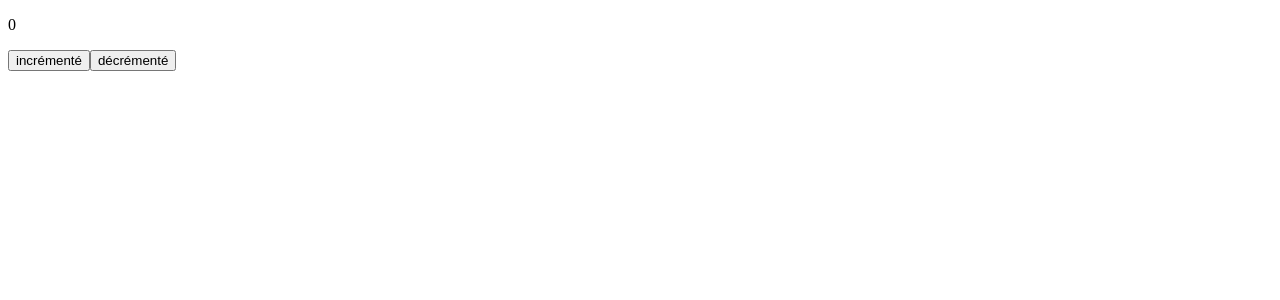
Repository: Aqui05/todo-vue
Page: /
An editor plug-in stored every save of this project. The page is shown before and after the next save, followed by the edit.
The browser window is 1280 px wide. The pictures show the whole page.
The project was rebuilt for these pictures with package versions that can differ from the ones it lists, and the page was loaded fresh each time. Also part of the build but not shown: vue.config.js.

Above is the page before, as saved 2024-10-31 16:28:27.

### src/App.vue
<template>
  <p>{{ count }}</p>
  <button @click="increment">incrémenté</button>
  <button @click="decrement">décrémenté</button>
</template>

<script setup>
import { ref } from "vue";

const count = ref(0);

function increment() {
  count.value++;
}

function decrement() {
  count.value--;
}
</script>

Loaded but not shown: public/index.html (common file); src/main.js (common file)

After the next save:
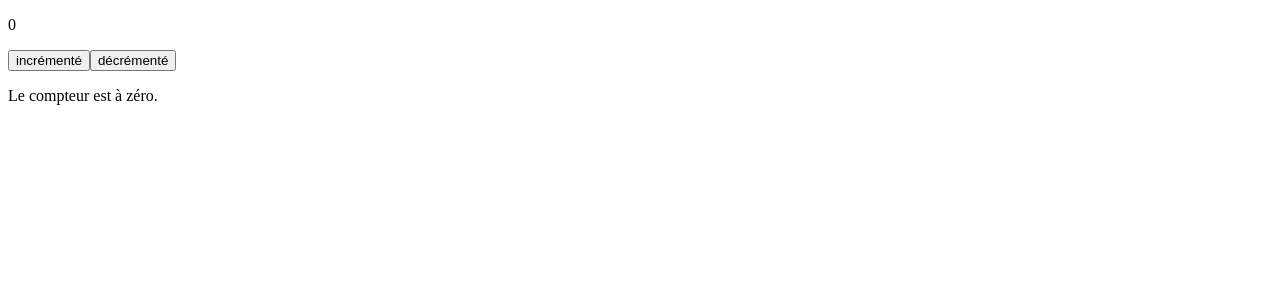
Saved 7 min 31 s later.
--- a/src/App.vue
+++ b/src/App.vue
@@ -2,6 +2,7 @@
   <p>{{ count }}</p>
   <button @click="increment">incrémenté</button>
   <button @click="decrement">décrémenté</button>
+  <p v-if="count === 0">Le compteur est à zéro.</p>
 </template>
 
 <script setup>
